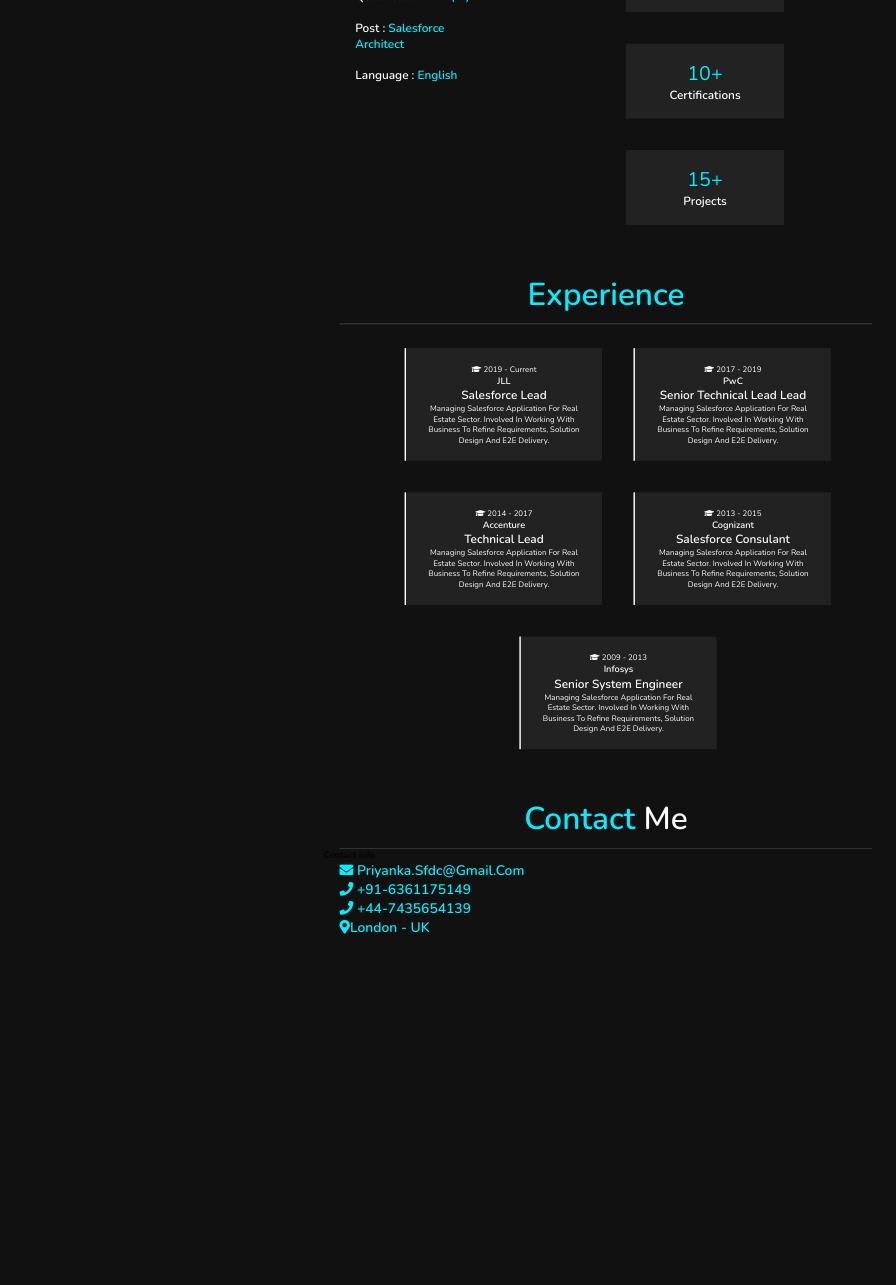
Repository: priyanka-bishnoi/PortfolioPage
Page: MyPage.html
An editor plug-in stored every save of this project. The page is shown before and after the next save, followed by the edit.
The browser window is 1280 px wide. The pictures show the part of the page from y = 1116 to 3036 px (the page is 2952 px tall before and 3043 px after), at 70% of full size.

Above is the page before, as saved 2022-10-09 15:18:21.

### MyPage.html
<!DOCTYPE html>
<html>
<head>
     <!-- font awesome cdn link  -->
     <link rel="stylesheet" href="https://cdnjs.cloudflare.com/ajax/libs/font-awesome/5.15.2/css/all.min.css">
    <link rel="stylesheet" href="css/style.css">

</head>
<body>
<header>
    <div class= "user">
        <img src="Background1.jpg"/>
        <h1 class="name" >Priyanka Bishnoi</h1>
        <p class="post" >Salesforce Consultant</p>
    </div>

    <nav class="navBar">
        <ul>
            <li> <a href="#home">Home</a></li>
            <li> <a href="#about">About</a></li>
            <li> <a href="#experience">Experience</a></li>
            <li> <a href="#portfolio">Portfolio</a></li>
            <li> <a href="#contact">Contact</a></li>

        </ul>


    </nav>


</header>

<!-- Home-->

<section class="home" id="home">

    <h3>HI THERE !</h3>
    <h1>I'M <span>Priyanka Bishnoi</span></h1>
    <p>Lorem ipsum dolor sit amet consectetur adipisicing elit. Distinctio deserunt aspernatur fugiat minus enim ullam repudiandae sint sed magnam tenetur! Lorem ipsum dolor sit amet consectetur adipisicing elit. Necessitatibus, at.
    </p>
    <a href="#about"><button class="btn">about me </button></a>


</section>

<section class="about" id="about">
<h1 class="heading"> <span>About </span>Me</h1>

<div class="row">
    <div class="info">
        <h3>  name : <span> priyanka bishnoi </span></h3>
        <h3> qualification :  <span> BE (IT) </span> </h3>
        <h3>  post : <span>Salesforce Architect </span>  </h3>
        <h3> language :<span> English  </span>  </h3>
    </div>

    <div class="counter">
        <div class="box">
            <span>13+</span>
            <h3>years of IT experience</h3>
        </div>

        <div class="box">
            <span>10+</span>
            <h3>years of Salesforce Experience</h3>
        </div>

        <div class="box">
            <span>10+</span>
            <h3>Certifications</h3>
        </div>

        <div class="box">
            <span>15+</span>
            <h3>Projects</h3>
        </div>
    </div>
</div>
</section>

<section class="experience" id="experience">

        <h1 class="heading"> <span>Experience </span></h1>

        <div class="exp">
                <div class="box">
                    <i class="fas fa-graduation-cap"></i>
                    <span>2019 - Current</span>
                    <h3>JLL</h3>
                    <h2>Salesforce Lead</h2>
                    <p>Managing Salesforce application for Real Estate Sector. Involved in working with business to refine requirements, solution design and E2E delivery.</p>
                </div>
                <div class="box">
                    <i class="fas fa-graduation-cap"></i>
                    <span>2017 - 2019</span>
                    <h3>PwC</h3>
                    <h2>Senior Technical Lead Lead</h2>
                    <p>Managing Salesforce application for Real Estate Sector. Involved in working with business to refine requirements, solution design and E2E delivery.</p>
                </div>
                <div class="box">
                    <i class="fas fa-graduation-cap"></i>
                    <span>2014 - 2017</span>
                    <h3>Accenture</h3>
                    <h2>Technical Lead</h2>
                    <p>Managing Salesforce application for Real Estate Sector. Involved in working with business to refine requirements, solution design and E2E delivery.</p>
                </div>
                <div class="box">
                    <i class="fas fa-graduation-cap"></i>
                    <span>2013 - 2015</span>
                    <h3>Cognizant</h3>
                    <h2>Salesforce Consulant</h2>
                    <p>Managing Salesforce application for Real Estate Sector. Involved in working with business to refine requirements, solution design and E2E delivery.</p>
                </div>
                <div class="box">
                    <i class="fas fa-graduation-cap"></i>
                    <span>2009 - 2013</span>
                    <h3>Infosys</h3>
                    <h2>Senior System Engineer</h2>
                    <p>Managing Salesforce application for Real Estate Sector. Involved in working with business to refine requirements, solution design and E2E delivery.</p>
                </div>


        </div>

</section>


<section class="contact" id="contact">
    <h1 class="heading"> <span>Contact </span>Me</h1>

    <div class="row">
        <div class="content">

            <h3 class="title">contact info</h3>

            <div class="info">
                <h3> <i class="fas fa-envelope"></i> priyanka.sfdc@gmail.com </h3>
                <h3> <i class="fas fa-phone"></i> +91-6361175149</h3>
                <h3> <i class="fas fa-phone"></i> +44-7435654139 </h3>
                <h3> <i class="fas fa-map-marker-alt"></i>London - UK </h3>
            </div>

        </div>
    </div>
</section>


</body>
</html>

### css/style.css
@import url('https://fonts.googleapis.com/css2?family=Nunito:wght@200;300;400;600&display=swap');
:root{
    --orange:rgb(0, 238, 255);
}
*{
    font-family: 'Nunito', sans-serif;
    margin:0;
    padding:0;
    box-sizing:border-box;
    text-decoration:none;
    text-transform:capitalize;
    transition:all .2s linear;
}
html {
    font-size:70.5%;
    overflow-x:hidden;
}
body{
    background:#111;
    overflow-x: hidden;
    padding-left: 40rem;
}

section{
    min-height: 100vh;
    padding:1rem;
}

.btn{
    padding:.7rem 3rem;
    background:#333;
    color:#fff;
    cursor: pointer;
    margin-top: 1rem;
    font-size: 1.5rem;
    border-radius: 5rem;
}

.btn:hover{
    background:var(--orange);
}

.heading{
    text-align: center;
    margin:0 2rem;
    font-size: 4rem;
    padding:1rem;
    border-bottom: .1rem solid #fff4;
    color:#fff;
}

.heading span{
    color:var(--orange);
}

header {
    position:fixed;
    top:0; left:0;
    z-index:1000;
    height:100%;
    width:35rem;
    background:black;
    display:flex;
    align-items: center;
    justify-content: center;
    flex-flow: column;
    text-align: center;
}

header .user img {
    height: 17rem;
    width: 17rem;
    border-radius: 50%;
    object-fit: cover;
    margin-bottom: 1rem;
    border: 0.7rem solid var(--orange);
}
header .user .name {
    font-size: 2.5rem;
    color: antiquewhite;
}
header .user .post{
    font-size: 2rem;
    color: antiquewhite;
}

header .navBar {
    font-size : 2rem;
}
header .navBar ul{
    list-style: none;
    padding:1rem 2rem;
}
header .navBar ul li a{
    display: block;
    padding:1rem;
    margin:1.5rem 0;
    background:#333;
    color:#fff;
    font-size: 1.5rem;
    border-radius: 5rem;
}

header .navBar ul li a:hover{
    background:rgb(0, 238, 255);
}


.home{
    display: flex;
    justify-content: center;
    flex-flow: column;
    padding:0 15rem;
}

.home h3{
    font-size: 2rem;
    color:#fff;
}

.home h1{
    font-size:2rem;
    color:#fff;
}

.home h1 span{
    color:var(--orange);
}

.home p{
    font-size:1.8rem;
    color:#eee;
    padding: 1rem 0;
}

.about {
 color:white;
}
.about .row {
    display: flex;
    justify-content: flex-start;
    flex-wrap: nowrap;
    padding: 1rem 0;
    flex-direction: row;
    align-content: space-around;
    align-items: center;
}
.about .row .info {

    display: block;
    justify-content: center;
    padding-left: 1rem;
    padding-top: 0rem;
    padding-right: 1rem;
    margin: 0 1rem;
    font-size: 1.5rem;

}
.about h3 span{
    color:var(--orange);
}
.about .row .info h3 {

    display: block;
    justify-content: center;
    padding: 1rem;
    margin: 0 1rem;
    font-size: 1.5rem;

}

.about .row .counter{
    flex:1 1 48rem;
    display: flex;
    justify-content: center;
    flex-wrap: wrap;
}

.about .row .counter .box{
    width:20rem;
    background:#222;
    text-align: center;
    padding: 2rem;
    margin:2rem;
}

.about .row .counter .box span{
    font-size: 2.5rem;
    color:var(--orange);
}

.about .row .counter .box h3{
    font-size: 1.5rem;
    color:#fff;
}

.experience {
    color:white;
   }
.experience .exp {
    display: flex;
    justify-content: center;
    flex-wrap: wrap;
    padding: 1rem 0;
    padding-left: 3rem;
    /* flex-direction: row; */
    /* align-content: space-around; */
    align-items: center;
}

.experience .exp .box {
    width: 25rem;
    background: #222;
    text-align: center;
    padding: 2rem;
    margin: 2rem;
    border-left: .2rem solid #fff;
    position: relative;
}



.contact .row .content .info {

    display: block;
    justify-content: center;
    padding-left: 1rem;
    padding-top: 0rem;
    padding-right: 1rem;
    margin: 0 1rem;
    font-size: 1.5rem;
    color:var(--orange);

}
.contact h3 span{
    color:var(--orange);
}

After the next save:
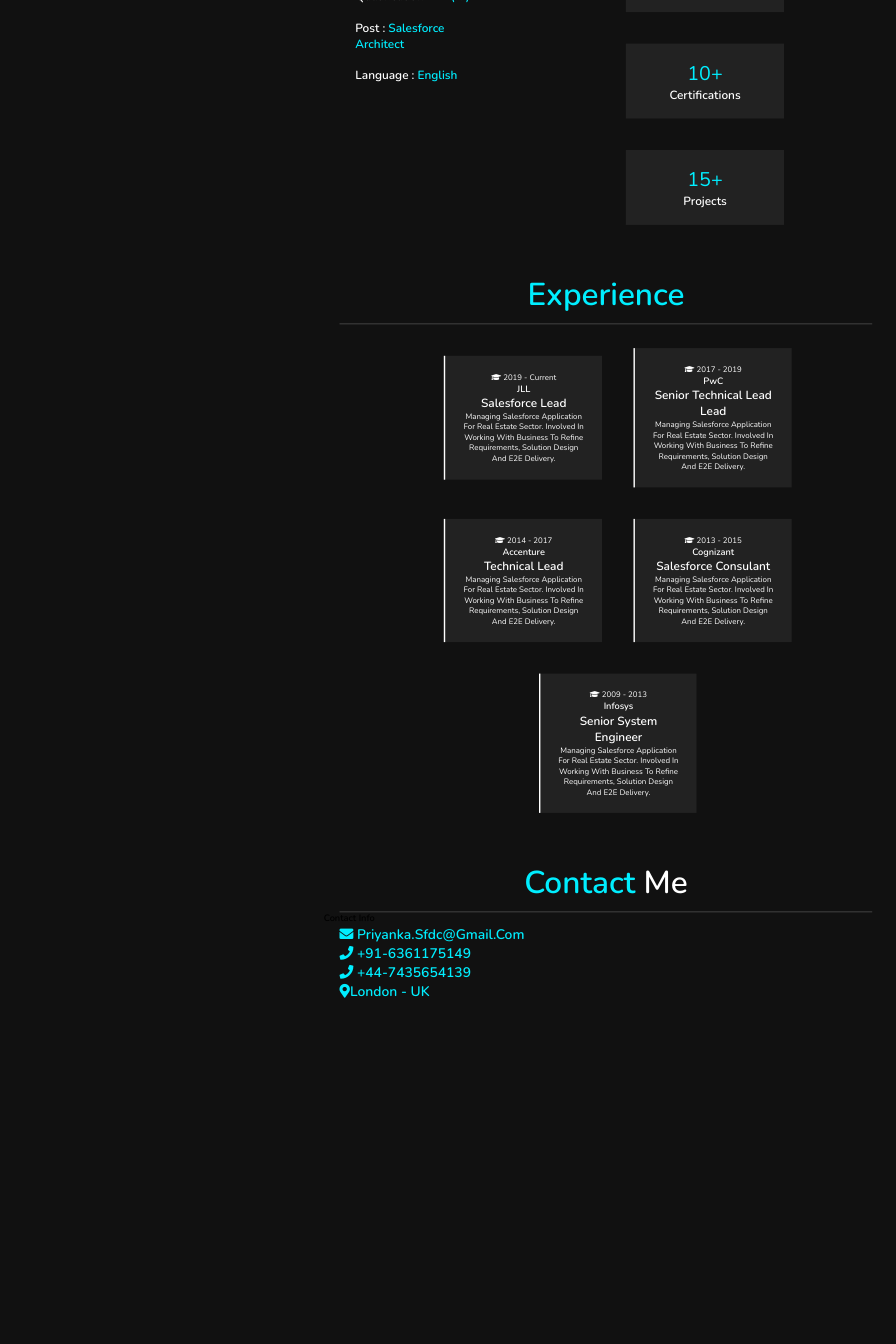
Saved 9 s later.
--- a/css/style.css
+++ b/css/style.css
@@ -209,7 +209,7 @@ header .navBar ul li a:hover{
 }
 
 .experience .exp .box {
-    width: 25rem;
+    width: 20rem;
     background: #222;
     text-align: center;
     padding: 2rem;
